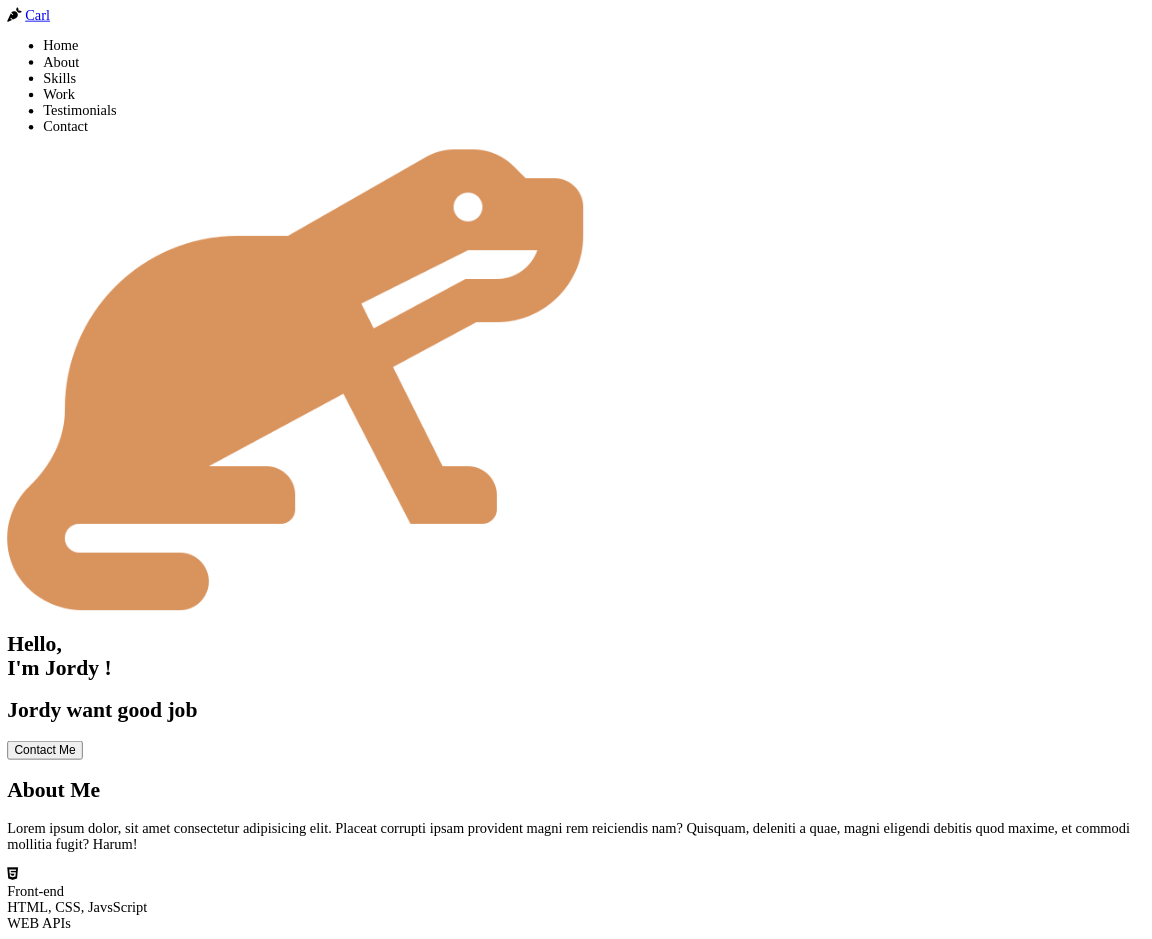
Repository: pilgrim13/Portfolio
Page: index.html
An editor plug-in stored every save of this project. The page is shown before and after the next save, followed by the edit.
The browser window is 1280 px wide. The pictures show the whole page, at 90% of full size.
Some web libraries are served in a nearby version.

Above is the page before, as saved 2021-01-08 20:11:31.

### index.html
<!DOCTYPE html>
<html lang="en">
	<head>
		<meta charset="UTF-8" />
		<meta name="viewport" content="width=device-width, initial-scale=1.0" />
		<title>Carl's WAS</title>
		<meta name="description" content="test WAS" />
		<meta name="author" content="Carl" />
		<link rel="icon" type="image/png" href="imgs/carrot.png" />
		<script
			src="https://kit.fontawesome.com/453419e5ae.js"
			crossorigin="anonymous"
		></script>
		<link rel="preconnect" href="https://fonts.gstatic.com" />
		<link
			href="https://fonts.googleapis.com/css2?family=Open+Sans:wght@400;600;700&display=swap"
			rel="stylesheet"
		/>
		<!-- css -->
		<!-- font-family: 'Open Sans', sans-serif; -->
		<link rel="stylesheet" href="style.css" />
		<script src="main.js" defer></script>
	</head>
	<body>
		<!-- Navbar -->
		<nav id="navbar">
			<div class="navbar__logo">
				<i class="fas fa-carrot"></i>
				<a href="#">Carl</a>
			</div>
			<div class="navbar__menu">
				<ul>
					<li class="navbar__menu__item">Home</li>
					<li class="navbar__menu__item">About</li>
					<li class="navbar__menu__item">Skills</li>
					<li class="navbar__menu__item">Work</li>
					<li class="navbar__menu__item">Testimonials</li>
					<li class="navbar__menu__item">Contact</li>
				</ul>
			</div>
		</nav>
		<!-- Home -->
		<section id="home">
			<img
				src="imgs/otter-solid.png"
				alt="Carl's profile photo"
				class="home__avatar"
			/>
			<h1 class="home__title">Hello, <br />I'm Jordy !</h1>
			<h2 class="home__description">Jordy want good job</h2>
			<button class="home__contact">Contact Me</button>
		</section>
		<!-- About -->
		<section id="about">
			<h1>About Me</h1>
			<p>
				Lorem ipsum dolor, sit amet consectetur adipisicing elit. Placeat
				corrupti ipsam provident magni rem reiciendis nam? Quisquam, deleniti a
				quae, magni eligendi debitis quod maxime, et commodi mollitia fugit?
				Harum!
			</p>
			<div class="about__majors">
				<div class="major">
					<div class="major__icon">
						<i class="fab fa-html5"></i>
					</div>
					<div class="major__title">Front-end</div>
					<div class="major__description">
						HTML, CSS, JavsScript <br />WEB APIs
					</div>
				</div>
			</div>
			<!-- <i class="fas fa-mobile-alt"></i> -->
			<!-- <i class="fas fa-server"></i> -->
			<!-- <i class="fas fa-code-branch"></i> -->
		</section>
		<!-- Skills -->
		<section id="skills"></section>
		<!-- Work -->
		<section id="work"></section>
		<!-- Testimonials -->
		<section class="testimonials"></section>
		<!-- Contact -->
		<section id="contact"></section>
	</body>
</html>

Loaded but not shown: main.js (no stored copy; drawn as an empty file); style.css (no stored copy; drawn as an empty file)

After the next save:
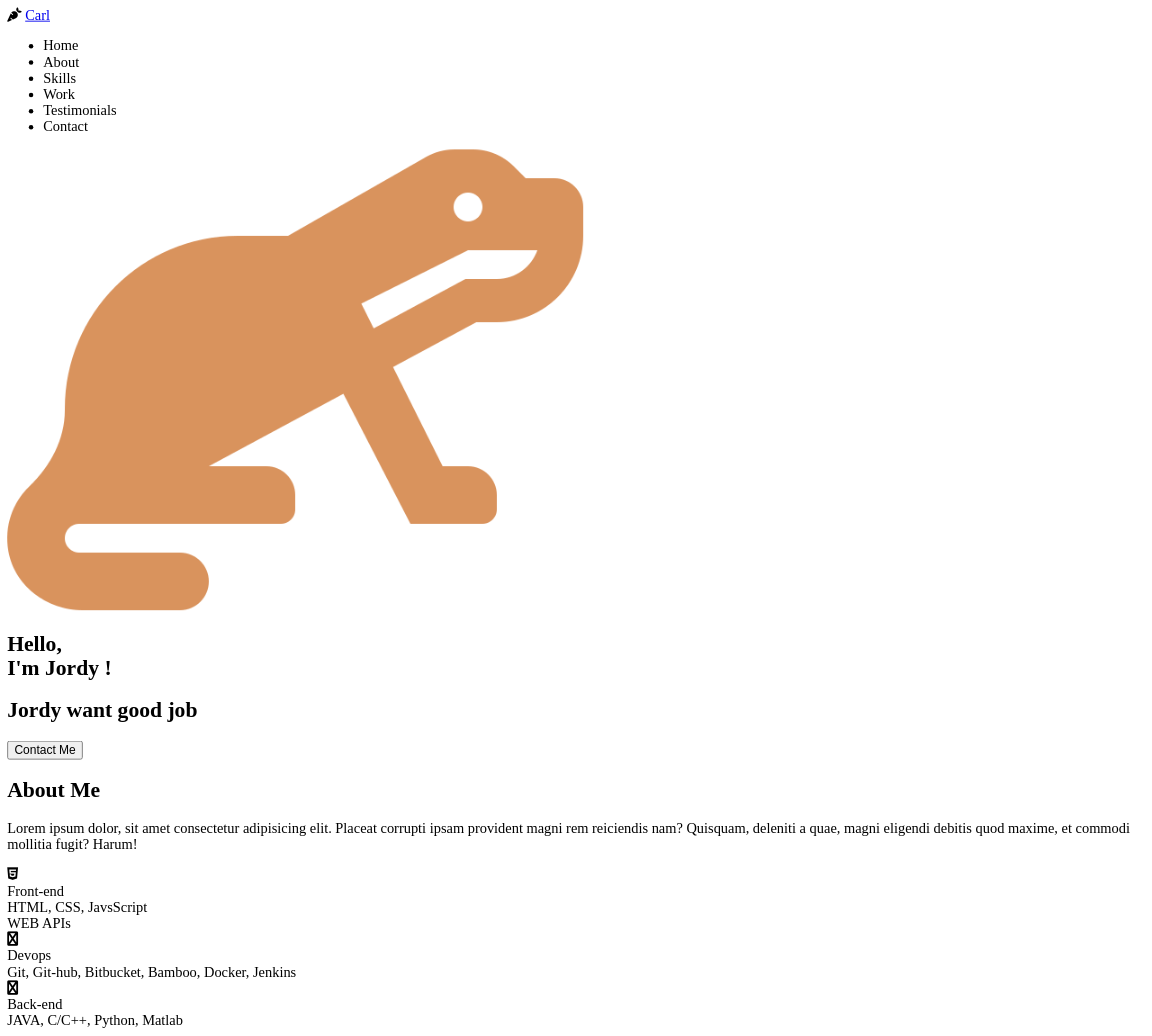
Saved 3 min 44 s later.
--- a/index.html
+++ b/index.html
@@ -69,6 +69,22 @@
 						HTML, CSS, JavsScript <br />WEB APIs
 					</div>
 				</div>
+				<div class="major">
+					<div class="major__icon">
+						<i class="fab fa-code-branch"></i>
+					</div>
+					<div class="major__title">Devops</div>
+					<div class="major__description">
+						Git, Git-hub, Bitbucket, Bamboo, Docker, Jenkins
+					</div>
+				</div>
+				<div class="major">
+					<div class="major__icon">
+						<i class="fab fa-server"></i>
+					</div>
+					<div class="major__title">Back-end</div>
+					<div class="major__description">JAVA, C/C++, Python, Matlab</div>
+				</div>
 			</div>
 			<!-- <i class="fas fa-mobile-alt"></i> -->
 			<!-- <i class="fas fa-server"></i> -->
